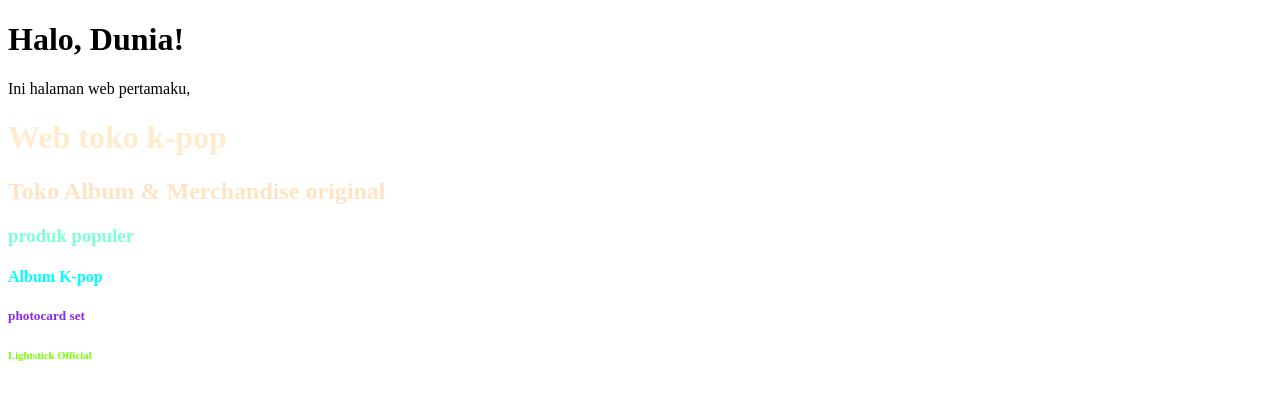
Repository: sekartazivi/241552010020-Web-Application-Development
Page: test.html
The author's editor kept a copy of each file at every save. The page is drawn from the files as they stood at one save, then again after a run of saves.
The browser window is 1280 px wide. The pictures show the whole page.

Above is the page before, as saved 2026-02-20 08:39:08.

After the next 2 saves:
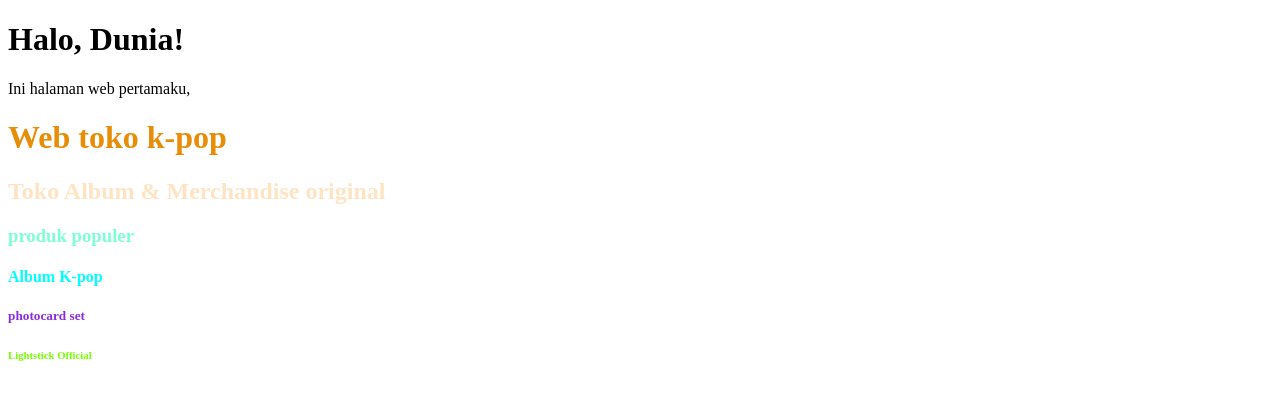
The 2 saves are shown as one change because they came seconds apart.
The last was saved 13 s later.
--- a/test.html
+++ b/test.html
@@ -8,7 +8,7 @@
 <body>
     <h1 style="color: black;">Halo, Dunia!</h1>
     <p>Ini halaman web pertamaku,</p>
-    <h1 style="color: blanchedalmond;">Web toko k-pop</h1>
+    <h1 style="color: rgb(231, 141, 8);">Web toko k-pop</h1>
     <h2 style="color: bisque;">Toko Album & Merchandise original</h2>
     <h3 style="color: aquamarine;" >produk populer</h3>
     <h4 style="color: aqua;" >Album K-pop</h4>
